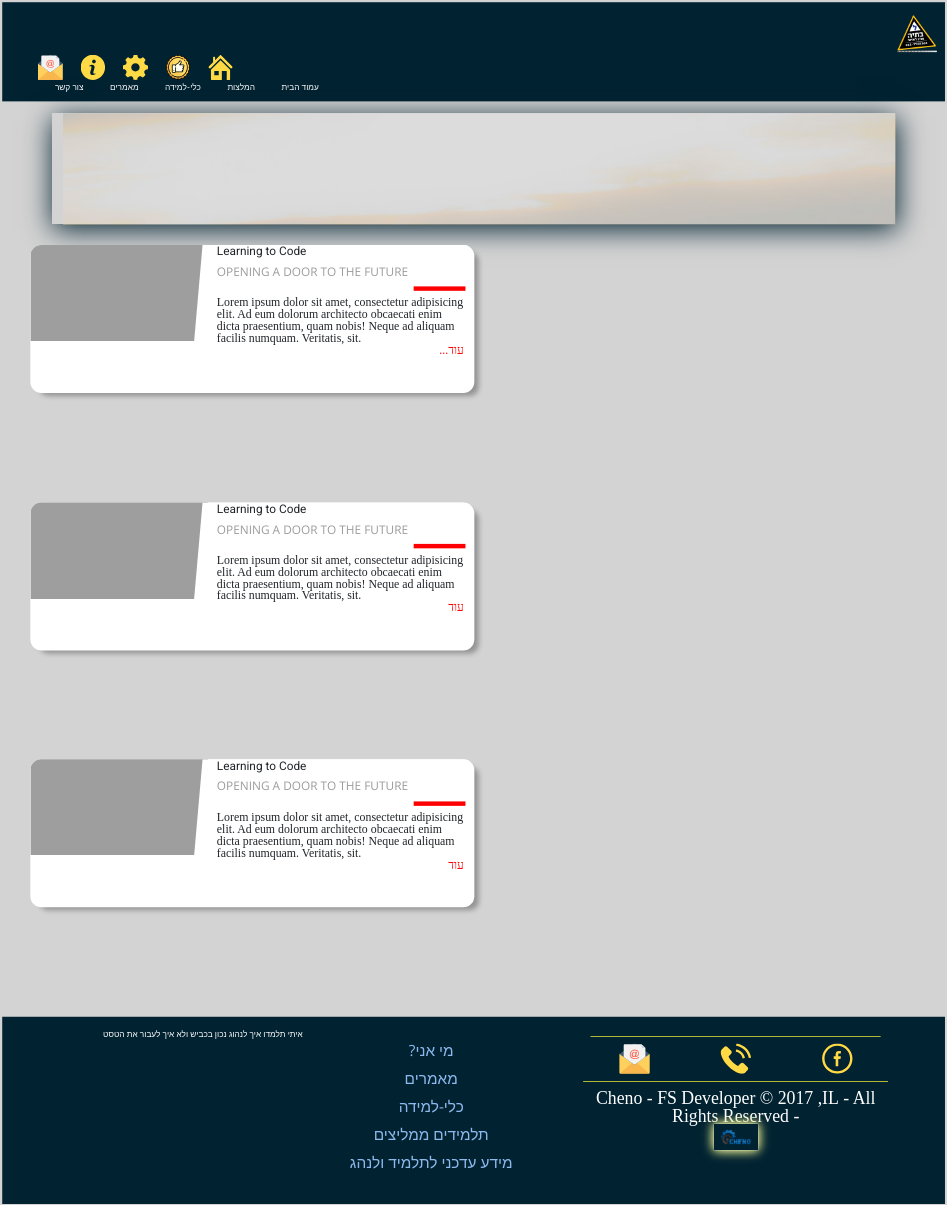
Repository: ChenGinsberg/BatyaLamed-site
Page: index.html
These files come from the project's save history. The page is drawn as it stood at one moment and after the next save; the edit follows.
The browser window is 1280 px wide. The pictures show the whole page, at 74% of full size.
Pictures or frames that could not be fetched are drawn as grey boxes. Some web libraries are served in a nearby version.

Above is the page before, as saved 2017-11-13 23:09:13.

### index.html
<!DOCTYPE html>
<html lang="en">

<head>
    <meta charset="UTF-8">
    <meta name="viewport" content="width=device-width, initial-scale=1.0">
    <meta http-equiv="X-UA-Compatible" content="ie=edge">
    <title>Batya</title>

    <script type="text/javascript" src="http://app.sliderui.com/sliders/zrkchs.js"></script>
    <script src="https://code.jquery.com/jquery-3.2.1.slim.min.js" integrity="sha384-KJ3o2DKtIkvYIK3UENzmM7KCkRr/rE9/Qpg6aAZGJwFDMVNA/GpGFF93hXpG5KkN"
        crossorigin="anonymous"></script>
    <script src="https://cdnjs.cloudflare.com/ajax/libs/popper.js/1.12.3/umd/popper.min.js" integrity="sha384-vFJXuSJphROIrBnz7yo7oB41mKfc8JzQZiCq4NCceLEaO4IHwicKwpJf9c9IpFgh"
        crossorigin="anonymous"></script>
    <script src="https://maxcdn.bootstrapcdn.com/bootstrap/4.0.0-beta.2/js/bootstrap.min.js" integrity="sha384-alpBpkh1PFOepccYVYDB4do5UnbKysX5WZXm3XxPqe5iKTfUKjNkCk9SaVuEZflJ"
        crossorigin="anonymous"></script>
    <link rel="stylesheet" href="https://maxcdn.bootstrapcdn.com/bootstrap/4.0.0-beta.2/css/bootstrap.min.css" integrity="sha384-PsH8R72JQ3SOdhVi3uxftmaW6Vc51MKb0q5P2rRUpPvrszuE4W1povHYgTpBfshb"
        crossorigin="anonymous">
    <link href="https://fonts.googleapis.com/css?family=Varela+Round&amp;subset=hebrew" rel="stylesheet">
    <link rel="stylesheet" type="text/css" href="style/reset.css">
    <link rel="stylesheet" type="text/css" href="style/style.css">
    <link rel="stylesheet" type="text/css" href="style/nav.css">
    <link rel="stylesheet" type="text/css" href="style/slider.css">
    <link rel="stylesheet" type="text/css" href="style/infoBox.css">
    <link rel="stylesheet" type="text/css" href="style/footer.css">
</head>

<body lang="rtl">
    <!-- nav-bar -->
    <nav class="navbar-blue">

        <img src="image/batyaLogo.png" class="logo-nav">
        <img src="/image/email.svg" class="nav-svg-icon">
        <img src="image/icon.svg" class="nav-svg-icon">
        <img src="image/settings-work-tool.svg" class="nav-svg-icon">
        <img src="image/recommended.svg" class="nav-svg-icon">
        <img src="image/house-outline.svg" class="nav-svg-icon">
        <br>
        <span class="nav-iconn">עמוד הבית</span>
        <span class="nav-iconn">המלצות</span>
        <span class="nav-iconn">כלי-למידה</span>
        <span class="nav-iconn">מאמרים</span>
        <span class="nav-iconn">צור קשר</span>
    </nav>
    <!-- slider - somthing borrow the nav to be fixed -->
    <div class="container">
        <img class='photo_slider' src="image/gold-2930497_1920.jpg" alt="" />
        <img class='photo_slider' src="IMG_3496bfree.jpg" alt="" />
        <img class='photo_slider' src="traffic-2906244_1920.jpg" alt="" />
    </div>
    <!-- infoBox -->
    <div class="blog-card">
        <div class="photo photo1"></div>
        <ul class="details">
            <li class="author">
                <a href="#">John Doe</a>
            </li>
            <li class="date">Aug. 24, 2015</li>
            <li class="tags">
                <ul>
                    <li>
                        <a href="#">Learn</a>
                    </li>
                    <li>
                        <a href="#">Code</a>
                    </li>
                    <li>
                        <a href="#">HTML</a>
                    </li>
                    <li>
                        <a href="#">CSS</a>
                    </li>
                </ul>
            </li>
        </ul>
        <div class="description">
            <h1>Learning to Code</h1>
            <h2>Opening a door to the future</h2>
            <p class="summary">Lorem ipsum dolor sit amet, consectetur adipisicing elit. Ad eum dolorum architecto obcaecati enim dicta praesentium,
                quam nobis! Neque ad aliquam facilis numquam. Veritatis, sit.</p>
            <a href="#">...עוד</a>
        </div>
    </div>
    <div class="blog-card">
        <div class="photo photo1"></div>
        <ul class="details">
            <li class="author">
                <a href="#">John Doe</a>
            </li>
            <li class="date">Aug. 24, 2015</li>
            <li class="tags">
                <ul>
                    <li>
                        <a href="#">Learn</a>
                    </li>
                    <li>
                        <a href="#">Code</a>
                    </li>
                    <li>
                        <a href="#">HTML</a>
                    </li>
                    <li>
                        <a href="#">CSS</a>
                    </li>
                </ul>
            </li>
        </ul>
        <div class="description">
            <h1>Learning to Code</h1>
            <h2>Opening a door to the future</h2>
            <p class="summary">Lorem ipsum dolor sit amet, consectetur adipisicing elit. Ad eum dolorum architecto obcaecati enim dicta praesentium,
                quam nobis! Neque ad aliquam facilis numquam. Veritatis, sit.</p>
            <a href="#"> עוד</a>
        </div>
    </div>
    <div class="blog-card">
        <div class="photo photo1"></div>
        <ul class="details">
            <li class="author">
                <a href="#">John Doe</a>
            </li>
            <li class="date">Aug. 24, 2015</li>
            <li class="tags">
                <ul>
                    <li>
                        <a href="#">Learn</a>
                    </li>
                    <li>
                        <a href="#">Code</a>
                    </li>
                    <li>
                        <a href="#">HTML</a>
                    </li>
                    <li>
                        <a href="#">CSS</a>
                    </li>
                </ul>
            </li>
        </ul>
        <div class="description">
            <h1>Learning to Code</h1>
            <h2>Opening a door to the future</h2>
            <p class="summary">Lorem ipsum dolor sit amet, consectetur adipisicing elit. Ad eum dolorum architecto obcaecati enim dicta praesentium,
                quam nobis! Neque ad aliquam facilis numquam. Veritatis, sit.</p>
            <a href="#">עוד</a>
        </div>
    </div>
    <!-- FOOTER -->
    <footer class="flex-rw">
        <p class="footer-quate">איתי תלמדו איך לנהוג נכון בכביש ולא איך לעבור את הטסט</p>

        <ul class="footer-list-top">

            <li>
                <a href='/shop/about-mission' class="generic-anchor footer-list-anchor" itemprop="significantLink">?מי אני</a>
            </li>
            <li>
                <a href='/promos.html' class="generic-anchor footer-list-anchor" itemprop="significantLink">מאמרים</a>
            </li>
            <li>
                <a href='/retailers/new-retailers.html' class="generic-anchor footer-list-anchor" itemprop="significantLink">כלי-למידה</a>
            </li>

            <li>
                <a href='/job-openings.html' itemprop="significantLink" class="generic-anchor footer-list-anchor">תלמידים ממליצים</a>
            </li>

            <li>
                <a href='/shop/about-show-schedule' class="generic-anchor footer-list-anchor" itemprop="significantLink">מידע עדכני לתלמיד ולנהג</a>
            </li>
        </ul>
        <ul class="footer-list-top">
            <li>
                <section class="footer-social-section flex-rw">
                    <img src="/image/email.svg" class="footer-svg">
                    <img src="/image/telephone.svg" class="footer-svg">
                    <img src="/image/social-facebook-circular-button.svg" class="footer-svg">

                </section>
                <section class="footer-bottom-section flex-rw">
                    <div class="footer-bottom-wrapper">
                        <i class="fa fa-copyright" role="copyright">

                        </i> Cheno - FS Developer © 2017
                        <address class="footer-address" role="company address"> ,IL</address>
                        <span class="footer-bottom-rights"> - All Rights Reserved - </span>
                    </div>
                    <div class="footer-bottom-wrapper">

                        <img src="/image/Chenologo.png" class="chen-icon">

                    </div>
                </section>
    </footer>


</body>

</html>

### style/reset.css
html,
body,
div,
span,
applet,
object,
iframe,
h1,
h2,
h3,
h4,
h5,
h6,
p,
blockquote,
pre,
a,
abbr,
acronym,
address,
big,
cite,
code,
del,
dfn,
em,
img,
ins,
kbd,
q,
s,
samp,
small,
strike,
strong,
sub,
sup,
tt,
var,
b,
u,
i,
center,
dl,
dt,
dd,
ol,
ul,
li,
fieldset,
form,
label,
legend,
table,
caption,
tbody,
tfoot,
thead,
tr,
th,
td,
article,
aside,
canvas,
details,
embed,
figure,
figcaption,
footer,
header,
hgroup,
menu,
nav,
output,
ruby,
section,
summary,
time,
mark,
audio,
video {
    margin: 0;
    padding: 0;
    border: 0;
    font-size: 100%;
    font: inherit;
    vertical-align: baseline;
}


/* HTML5 display-role reset for older browsers */

article,
aside,
details,
figcaption,
figure,
footer,
header,
hgroup,
menu,
nav,
section {
    display: block;
}

body {
    line-height: 1;
}

ol,
ul {
    list-style: none;
    padding: 0;
    margin: 0;
}

blockquote,
q {
    quotes: none;
}

blockquote:before,
blockquote:after,
q:before,
q:after {
    content: '';
    content: none;
}

table {
    border-collapse: collapse;
    border-spacing: 0;
}

### style/style.css
body {
    background-color: lightgray;
    margin: 2.8px;
}

### style/nav.css
/* NAV */

.navbar-blue {
    background-color: #012231;
    min-height: 80px;
}

.logo-nav {
    height: 52px;
    position: absolute;
    right: 13px;
    top: 20px;
}

.nav-svg-icon {
    height: 33.6px;
    position: relative;
    left: 3%;
    margin: 5.6% 10px 10px 10px;
}

.nav-iconn {
    margin-right: 1%;
    font-family: 'Varela Round', sans-serif;
    color: white;
    position: relative;
    left: 5.6%;
    font-size: 0.70em;
    border-radius: 3px;
    transition: all 0.3s ease;
    padding-right: 1.5%;
    top: -13px;
    /* */
}

.nav-iconn:hover {
    background: red;
}

### style/slider.css
.container {
    margin: 16px auto;
    width: 93%;
    height: 150PX;
    overflow: hidden;
    /* border: 8px solid; */
    position: relative;
    box-shadow: 2px 7px 36px 0px #012231;
}

.photo_slider {
    position: absolute;
    animation: round 16s infinite;
    opacity: 0;
    max-width: 100%;
}

@keyframes round {
    25% {
        opacity: 1;
    }
    40% {
        opacity: 0;
    }
}

img:nth-child(1) {
    animation-delay: 12s;
}

img:nth-child(2) {
    animation-delay: 8s;
}

img:nth-child(3) {
    animation-delay: 4s;
}

img:nth-child(4) {
    animation-delay: 0s;
}

### style/infoBox.css
@import url(https://fonts.googleapis.com/css?family=Open+Sans:400,700|Roboto:400,700);
.blog-card {
    transition: height 0.3s ease;
    -webkit-transition: height 0.3s ease;
    border-radius: 15px;
    box-shadow: 9px 7px 7px -3px rgba(0, 0, 0, 0.3);
    margin: 28px auto 11.6%;
    overflow: hidden;
    position: relative;
    font-size: 1em;
    -webkit-font-smoothing: antialiased;
    background-color: white;
    margin-left: 3%;
    margin-right: 3%;
}

.blog-card:hover .details {
    left: 0;
}

.blog-card:hover.alt .details {
    right: 0;
}

.blog-card.alt .details {
    right: -100%;
    left: inherit;
}

.blog-card .photo {
    height: 200px;
    position: relative;
}

.blog-card .photo.photo1 {
    height: 130px;
    background: url("http://i62.tinypic.com/34oq4o0.jpg") center no-repeat;
    background-size: cover;
}

.blog-card .photo.photo2 {
    background: url("http://i60.tinypic.com/xeiv79.jpg") center no-repeat;
    background-size: cover;
}

.blog-card .details {
    transition: all 0.3s ease;
    -webkit-transition: all 0.3s ease;
    background: rgba(0, 0, 0, 0.6);
    box-sizing: border-box;
    color: #fff;
    font-family: "Open Sans";
    list-style: none;
    margin: 0;
    padding: 10px 15px;
    height: 200px;
    /*POSITION*/
    position: absolute;
    top: 0;
    left: -100%;
}

.blog-card .details>li {
    padding: 3px 0;
}

.blog-card .details li:before,
.blog-card .details .tags ul:before {
    font-family: FontAwesome;
    margin-right: 10px;
    vertical-align: middle;
}

.blog-card .details .author:before {
    content: "\f007";
}

.blog-card .details .date:before {
    content: "\f133";
}

.blog-card .details .tags ul {
    list-style: none;
    margin: 0;
    padding: 0;
}

.blog-card .details .tags ul:before {
    content: "\f02b";
}

.blog-card .details .tags li {
    display: inline-block;
    margin-right: 3px;
}

.blog-card .details a {
    color: inherit;
    border-bottom: 1px dotted;
}

.blog-card .details a:hover {
    color: #75D13B;
}

.blog-card .description {
    padding: 1px 12px 15px;
    box-sizing: border-box;
    position: relative;
}

.blog-card .description h1 {
    font-family: "Roboto";
    line-height: 1em;
    margin: 0 0 10px 0;
}

.blog-card .description h2 {
    color: #9b9b9b;
    font-family: "Open Sans";
    line-height: 1.2em;
    text-transform: uppercase;
    font-size: 1em;
    font-weight: 400;
    margin: 1.2% 0;
}

.blog-card .description p {
    position: relative;
    margin: 0;
    padding-top: 20px;
}

.blog-card .description p:after {
    content: "";
    background: red;
    height: 6px;
    width: 70px;
    position: absolute;
    top: 6px;
    right: 0;
}

.blog-card .description a {
    color: red;
    margin-bottom: 10px;
    float: right;
}

.blog-card .description a:after {
    transition: all 0.3s ease;
    -webkit-transition: all 0.3s ease;
    content: "\f061";
    font-family: FontAwesome;
    margin-left: -10px;
    opacity: 0;
    vertical-align: middle;
}

.blog-card .description a:hover:after {
    margin-left: 5px;
    opacity: 1;
}

@media screen and (min-width: 600px) {
    .blog-card {
        height: 200px;
        max-width: 600px;
    }
    .blog-card:hover .photo {
        -webkit-transform: rotate(5deg) scale(1.3);
        transform: rotate(5deg) scale(1.3);
    }
    .blog-card:hover.alt .photo {
        -webkit-transform: rotate(-5deg) scale(1.3);
        transform: rotate(-5deg) scale(1.3);
    }
    .blog-card.alt .details {
        padding-left: 30px;
    }
    .blog-card.alt .description {
        float: right;
    }
    .blog-card.alt .description:before {
        -webkit-transform: skewX(5deg);
        transform: skewX(5deg);
        right: -15px;
        left: inherit;
    }
    .blog-card.alt .photo {
        float: right;
    }
    .blog-card .photo {
        transition: all 0.5s ease;
        -webkit-transition: all 0.5s ease;
        float: left;
        height: 100%;
        width: 40%;
    }
    .blog-card .details {
        width: 40%;
    }
    .blog-card .description {
        float: left;
        width: 60%;
        z-index: 0;
    }
    .blog-card .description:before {
        -webkit-transform: skewX(-5deg);
        transform: skewX(-5deg);
        content: "";
        background: #fff;
        width: 100%;
        z-index: -1;
        /*POSITION*/
        position: absolute;
        left: -15px;
        top: 0;
        bottom: 0;
    }
}

### style/footer.css
.footer-svg {
    height: 41px;
    width: 57px;
}

.chen-icon {
    width: 15%;
    position: relative;
    bottom: 4%;
    left: 0%;
    box-shadow: 0 0 1px #fff, 0 0 1px #fff, 0 0 0px #e3e98e, 0 0 17px #e3e98e, 0 0 13px #e3e98e;
}

.footer-quate {
    margin-right: 1%;
    font-family: 'Varela Round', sans-serif;
    color: white;
    position: relative;
    left: 4.8%;
    font-size: 0.70em;
    border-radius: 3px;
    transition: all 0.3s ease;
    padding-right: 1.2%;
    top: -13px;
}

.generic-anchor {
    color: #8DB9ED;
}

.generic-anchor:visited {
    color: #909090;
}

.generic-anchor:hover {
    color: #ccc;
}

.flex-rw {
    display: -webkit-box;
    display: -ms-flexbox;
    display: flex;
    -ms-flex-flow: row wrap;
    flex-flow: row wrap;
    justify-content: center;
}

footer {
    background: #012231;
    margin-top: auto;
    width: 100%;
    padding: 31.2px 20px;
}

.footer-list-top {
    width: 33.333%;
}

.footer-list-top>li {
    text-align: center;
    padding-bottom: 10px;
    list-style: none;
}

.footer-list-header {
    padding: 10px 0 5px 0;
    color: #fff;
    font: 2.3vw "Oswald", sans-serif;
}

.footer-list-anchor {
    font: 1.3em "Open Sans", sans-serif;
}

.footer-social-section {
    width: 100%;
    -webkit-box-align: center;
    -ms-flex-align: center;
    align-items: center;
    -ms-flex-pack: distribute;
    justify-content: space-around;
    position: relative;
    margin-top: 5px;
}

.footer-social-section::after {
    content: "";
    position: absolute;
    z-index: 1;
    top: -25%;
    left: 10px;
    border-top: 1px solid #F4EE3A;
    width: calc(100% - 20px);
}

.footer-social-connect {
    display: -webkit-box;
    display: -ms-flexbox;
    display: flex;
    -webkit-box-align: center;
    -ms-flex-align: center;
    align-items: center;
    font: 3.5em "Oswald", sans-serif;
    color: #fff;
}

.footer-social-small {
    font-size: 0.6em;
    padding: 0px 20px;
}

.footer-social-overlap>a {
    font-size: 3em;
}

.footer-social-overlap>a:not(:first-child) {
    margin-left: 0.38em;
}

.footer-bottom-section {
    width: 100%;
    padding: 10px;
    border-top: 1px solid #F4EE3A;
    margin-top: 10px;
}

.footer-bottom-section>div:first-child {
    margin-right: auto;
}

.footer-bottom-wrapper {
    font-size: 1.5em;
    color: #fff;
}

.footer-address {
    display: inline;
    font-style: normal;
}

@media only screen and (max-width: 768px) {
    .footer-list-header {
        font-size: 2em;
    }
    .footer-list-anchor {
        font-size: 1.1em;
    }
    .footer-social-connect {
        font-size: 2.5em;
    }
    .footer-social-overlap>a {
        font-size: 2.24em;
    }
    .footer-bottom-wrapper {
        font-size: 1.3em;
    }
}

@media only screen and (max-width: 568px) {
    main {
        font-size: 5em;
    }
    .footer-list-top {
        width: 86%;
    }
    .footer-list-header {
        font-size: 3em;
    }
    .footer-list-anchor {
        font-size: 1.5em;
    }
    .footer-social-section {
        -webkit-box-pack: center;
        -ms-flex-pack: center;
        justify-content: center;
    }
    .footer-social-connect {
        margin-bottom: 10px;
        padding: 0 10px;
    }
    .footer-social-overlap {
        display: -webkit-box;
        display: -ms-flexbox;
        display: flex;
        -webkit-box-pack: center;
        -ms-flex-pack: center;
        justify-content: center;
    }
    .footer-social-icons-wrapper {
        width: 100%;
        padding: 0;
    }
    .footer-social-overlap>a:not(:first-child) {
        margin-left: 20px;
    }
    .footer-bottom-section {
        padding: 0 5px 0 5px;
    }
    .footer-bottom-wrapper {
        text-align: center;
        width: 100%;
        margin-top: 10px;
    }
}

@media only screen and (max-width: 480px) {
    .footer-social-overlap>a {
        margin: auto;
    }
    .footer-social-overlap>a:not(:first-child) {
        margin-left: 0;
    }
    .footer-bottom-rights {
        display: block;
    }
}

@media only screen and (max-width: 320px) {
    .footer-list-header {
        font-size: 2.2em;
    }
    .footer-list-anchor {
        font-size: 1.2em;
    }
    .footer-social-connect {
        font-size: 2.4em;
    }
    .footer-social-overlap>a {
        font-size: 2.24em;
    }
    .footer-bottom-wrapper {
        font-size: 0.8em;
        ;
    }
}

After the next save:
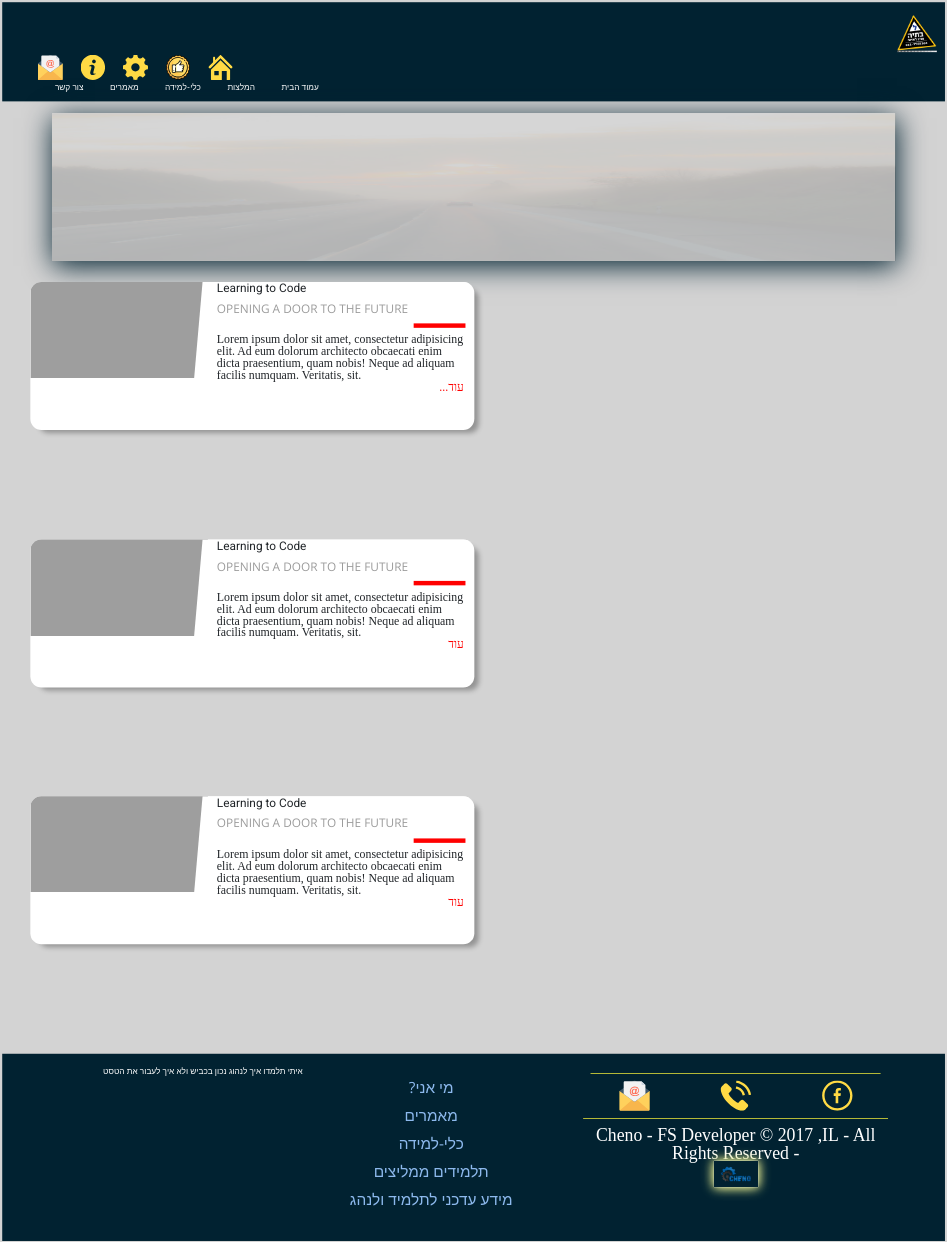
Saved 8 min 26 s later.
--- a/style/slider.css
+++ b/style/slider.css
@@ -1,18 +1,19 @@
 .container {
     margin: 16px auto;
     width: 93%;
-    height: 150PX;
+    height: 200px;
     overflow: hidden;
-    /* border: 8px solid; */
     position: relative;
     box-shadow: 2px 7px 36px 0px #012231;
 }
 
 .photo_slider {
     position: absolute;
-    animation: round 16s infinite;
+    animation: round 3s infinite;
     opacity: 0;
-    max-width: 100%;
+    width: 100%;
+    left: 0%;
+    height: 100%;
 }
 
 @keyframes round {
